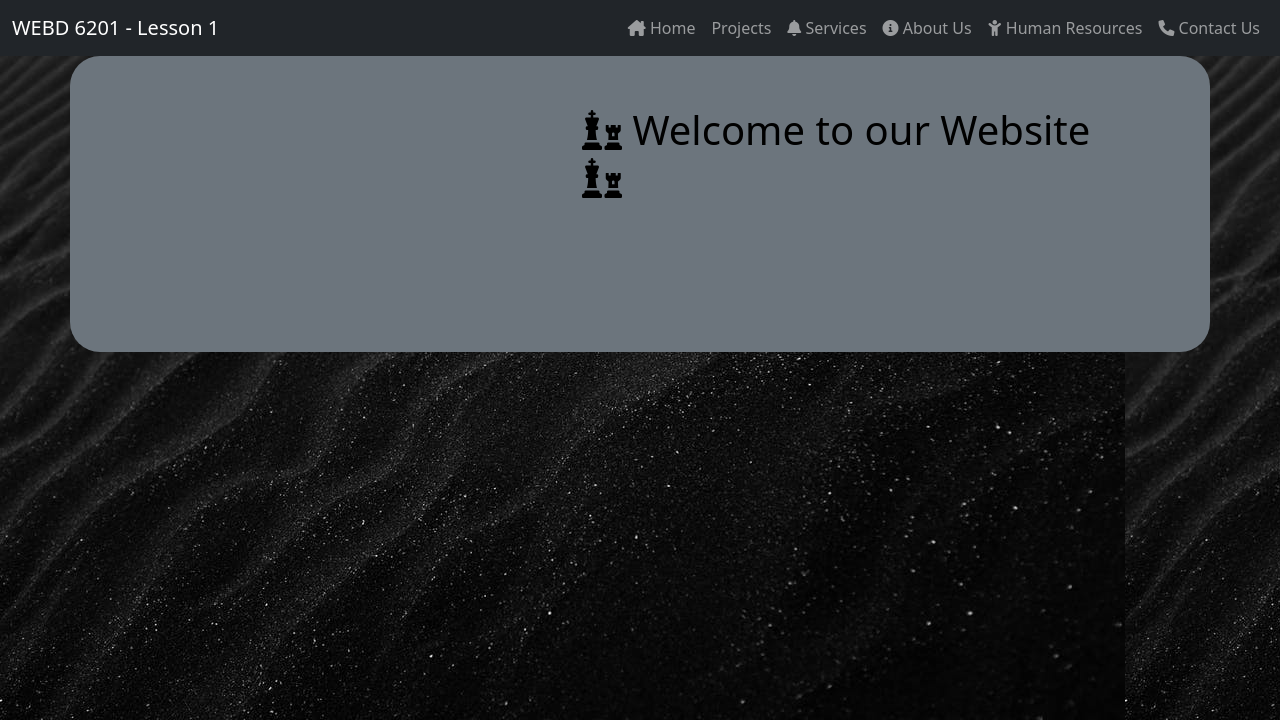
Repository: devanshudave1901/DevanshuDave_AngaranYogeswaranLab2
Page: index.html
These files come from the project's save history. The page is drawn as it stood at one moment and after the next save; the edit follows.
The browser window is 1280 px wide. The pictures show the whole page.

Above is the page before, as saved 2022-02-11 21:47:39.

### index.html
<!DOCTYPE html>
<html lang="en">
  <head>
    <meta charset="UTF-8" />
    <meta http-equiv="X-UA-Compatible" content="IE=edge" />
    <meta name="viewport" content="width=device-width, initial-scale=1.0" />
    <title>Home</title>
    <link
      rel="stylesheet"
      href="./node_modules/bootstrap/dist/css/bootstrap.min.css"
    />
    <link
      rel="stylesheet"
      href="./node_modules/@fortawesome/fontawesome-free/css/all.min.css"
    />
    <link rel="stylesheet" href="./Content/app.css" />
    <script src="./Scripts/app.js"></script>
  </head>
  <body>
    <nav class="navbar navbar-expand-lg navbar-dark bg-dark">
      <div class="container-fluid">
        <a class="navbar-brand" href="#">WEBD 6201 - Lesson 1</a>
        <button
          class="navbar-toggler"
          type="button"
          data-bs-toggle="collapse"
          data-bs-target="#navbarSupportedContent"
          aria-controls="navbarSupportedContent"
          aria-expanded="false"
          aria-label="Toggle navigation"
        >
          <span class="navbar-toggler-icon"></span>
        </button>
        <div class="collapse navbar-collapse" id="navbarSupportedContent">
          <ul class="navbar-nav ms-auto">
            <li class="nav-item active">
              <a class="nav-link" aria-current="page" href="./index.html"
                ><i class="fa-solid fa-house-chimney"></i> Home</a
              >
            </li>

            <li class="nav-item">
              <a class="nav-link" id="productsLink" href="./products.html"
                ><i class="fa-solid fa-th"></i> Products</a
              >
            </li>
            <li class="nav-item">
              <a class="nav-link" href="./services.html"
                ><i class="fa-solid fa-bell"></i> Services</a
              >
            </li>
            <li class="nav-item">
              <a class="nav-link" href="./about.html">
                <i class="fa-solid fa-circle-info"></i> About Us</a
              >
            </li>
            <li class="nav-item" id="humanResources"></li>
            <li class="nav-item">
              <a class="nav-link" href="./contact.html">
                <i class="fa-solid fa-phone"></i> Contact Us</a
              >
            </li>
          </ul>
        </div>
      </div>
    </nav>

    <div class="jumbotron bg-secondary container" id="contentArea">
      <h1 id="heading3"></h1>
    </div>
    <!-- 3RD Party Library-->
    <script src="./node_modules/jquery/dist/jquery.min.js"></script>
    <script src="./node_modules/bootstrap/dist/js/bootstrap.min.js"></script>
  </body>
</html>

### Content/app.css
#Contactform {
  padding: 10px 90px 50px 100px;
}
#Contactform label {
  color: cornsilk;
  padding-bottom: 10px;
  padding-top: 10px;
}

#Contactform button {
  margin-top: 20px;
  margin-left: 500px;
}
.formInputBox {
  padding-left: 60px;
  margin: 8px 0;
  border: dashed;
  box-sizing: border-box;
}

#contactId {
  padding-left: 520px;
  color: black;
}

* {
  box-sizing: border-box;
}

.column {
  float: left;
  width: 33.33%;
  padding: 20px;
}

/* Clearfix (clear floats) */
.row::after {
  content: "";
  clear: both;
  display: table;
}

#pArea {
  padding-top: 40px;
  padding-left: 250px;
  padding-bottom: 100px;
}
#pArea1 {
  padding-top: 40px;
  padding-left: 150px;
  padding-bottom: 100px;
  padding-right: 90px;
}
#contentArea {
  border-radius: 30px;
  color: white;
}

#aboutId {
  padding-left: 520px;
  color: black;
}
#serviceID {
  padding-left: 520px;
  color: black;
}
#projectsID {
  padding-left: 520px;
  color: black;
}
#heading1 {
  color: white;
  padding-left: 5px;
  padding-top: 50px;
  padding-bottom: 20px;
}
#heading2 {
  padding-top: 50px;
}
#resumeLink {
  padding-top: 20px;
}
img {
  background-repeat: no-repeat;
}
#heading3 {
  color: black;
  padding-top: 50px;
  padding-left: 500px;
  padding-right: 100px;
  padding-bottom: 150px;
}

### Scripts/app.js
window.addEventListener("load", start);

var PageTimer = 0;
// Calling this function ever seo
function formTimer() {
  window.setInterval("updateTime()", 1000);
}

function updateTime() {
  ++PageTimer;

  if (PageTimer == 3) {
    window.location.href = "./index.html";
  }
}

function contactPage() {
  // alert(document.title);
  //Variable that is used to get the Element of the contactId
  var contactId = document.getElementById("contactId");
  //Setting the innnerHTMl of the contactId to have say contact us and show favicon
  contactId.innerHTML = " <i class = 'fa-solid fa-comments'></i> Contact Us";

  var currentLink1 = document.getElementById("productsLink");
  // alert(currentLink1.textContent);
  currentLink1.textContent = "";
  // need to add the icon in js
  // currentLink1.textContent = "<i class='fa-solid fa-th'></i>";
  currentLink1.textContent = "Projects";

  var humanResourcesLink = document.getElementById("humanResources");
  humanResourcesLink.innerHTML =
    " <a class='nav-link' href='#'> <i class = 'fa-solid fa-child'></i> Human Resources</a>";
  var submitButtonClick = document.getElementById("submitButton");
  submitButtonClick.addEventListener("click", function (event) {
    event.preventDefault();
    var inputName = document.getElementById("InputName").value;
    var inputEmailAddress = document.getElementById("InputEmail1").value;
    var inputNumber = document.getElementById("InputNumber").value;
    var inputMessage = document.getElementById("InputMessage").value;

    console.log(
      "User Form Input" +
        "\n Name of the User: " +
        inputName +
        "\n Number of the User: " +
        inputNumber +
        "\n Email of the User: " +
        inputEmailAddress +
        "\n Message of the User: " +
        inputMessage
    );
    //Setting the value of Input Name,Email,Number,and Message to blank
    document.getElementById("InputName").value = "";
    document.getElementById("InputEmail1").value = "";
    document.getElementById("InputNumber").value = "";
    document.getElementById("InputMessage").value = "";

    formTimer();
  });
  //Set the background of the page to the dc logo
  document.body.style.backgroundImage = "url('images/bgImage1.jpeg')";
  document.body.style.backgroundRepeat = "repeat";
}
function productPage() {
  //get the element of the projectID
  var projectsHeading = document.getElementById("projectsID");
  //Set the InnnerHtml to show box favicon and Our Projects text
  projectsHeading.innerHTML = " <i class = 'fa-solid fa-box'></i> Our Projects";

  var currentLink1 = document.getElementById("productsLink");
  // alert(currentLink1.textContent);
  currentLink1.textContent = "";
  // need to add the icon in js
  // currentLink1.textContent = "<i class='fa-solid fa-th'></i>";
  currentLink1.textContent = "Projects";
  //storing element of humanResources id in the humanResourcesLink
  var humanResourcesLink = document.getElementById("humanResources");
  //Setting the innnerHTML of the humanResourcesLink to print favicon and Human Resources text
  humanResourcesLink.innerHTML =
    " <a class='nav-link' href='#'> <i class = 'fa-solid fa-child'></i> Human Resources</a>";
  //setting the background image to the dc logo Jpeg
  document.body.style.backgroundImage = "url('images/dc logo.jpg')";
  //Storing the Element of paragraph1 in the paragraph1 variable
  var paragraph1 = document.getElementById("paragraph1");
  //Storing the text in the innerHTML of the paragraph1
  paragraph1.innerHTML =
    "This was one of our first programming assignments in this Durham College Program" +
    " and this was one of the first assignments that we both really enjoyed building with" +
    " in the Python Programming Language.";
  //Storing the Element of paragraph2 in the paragraph2 variable
  var paragraph2 = document.getElementById("paragraph2");
  //Storing the text in the innerHTML of the paragraph2
  paragraph2.innerHTML =
    "This was one assignment that we had to do for our Systems" +
    " Automation class we enjoyed this assignemnt becuase it was great" +
    " to learn about this new technology that we could use for testing" +
    " websites and applications.";
  //Storing the Element of paragraph3 in the paragraph3 variable
  var paragraph3 = document.getElementById("paragraph3");
  //Storing the text in the innerHTML of the paragraph3
  paragraph3.innerHTML =
    "This was our Linux assignment where we had to use packet managers" +
    " to find applications and install them using Command Line prompts in" +
    " the Linux operating system. This was one of our favourites becuase" +
    " it was great to learn about the Linux operating system becuase it" +
    " was new to us.";
}

function servicePage() {
  //Storing the Element of paragraph1 in the paragraph1 variable
  var ServiceHeading = document.getElementById("serviceID");
  //Setting the innerHTML of ServiceHeading to truck favicon and to print Our Services
  ServiceHeading.innerHTML =
    " <i class = 'fa-solid fa-truck'></i> Our Services";
  //Storing the Element of productsLink to currentLink1 variable
  var currentLink1 = document.getElementById("productsLink");
  //Setting the textContent of the currentLink1 to nothing
  currentLink1.textContent = "";
  // need to add the icon in js
  // currentLink1.textContent = "<i class='fa-solid fa-th'></i>";
  currentLink1.textContent = "Projects";
  //Storing the element of the humanResources to the humanResourcesLink
  var humanResourcesLink = document.getElementById("humanResources");
  //Setting the innnerHTML of the humanResourcesLink to print favicon and Human Resources
  humanResourcesLink.innerHTML =
    " <a class='nav-link' href='#'> <i class = 'fa-solid fa-child'></i> Human Resources</a>";
  //Set background to dc logo image.
  document.body.style.backgroundImage = "url('images/dc logo.jpg')";
  //Storing the element of paragraph4 to the paragraph4 variable
  var paragraph4 = document.getElementById("paragraph4");
  //storing text in paragraph4 innerHTML
  paragraph4.innerHTML =
    "One of the services that we provide is custom programming for any project:" +
    "that you need for any size whether its for a big company or small company" +
    "with only few people.";
  //Storing the element of paragraph5 to the paragraph5 variable
  var paragraph5 = document.getElementById("paragraph5");
  //Storing text in paragraph5 innerHTML
  paragraph5.innerHTML =
    "Mobile Development is another one of our services that we provide" +
    "because many of our clients need mobile applications for their " +
    "business needs.";
  //Storing the element of paragraph6 to paragraph6 variable
  var paragraph6 = document.getElementById("paragraph6");
  //Storing text in paragraph6 innerHTML
  paragraph6.innerHTML =
    "Web-Development is another one of our major services that we provide" +
    "because alot of our clients enjoy how we build websites and appreciate" +
    "our website design.";
}
function aboutPage() {
  //Storing element of aboutId in getHeading
  var getHeading = document.getElementById("aboutId");
  //setting getHeading of innerHTML to print About us and Favicon
  getHeading.innerHTML = "  <i class = 'fa-solid fa-user'></i> About Us";
  //Store element of productsLink in currentLink1 variable
  var currentLink1 = document.getElementById("productsLink");
  // alert(currentLink1.textContent);
  //Set textContent of currentLink1 to blank
  currentLink1.textContent = "";
  // need to add the icon in js
  // currentLink1.textContent = "<i class='fa-solid fa-th'></i>";
  //set textContent of currentLink1 to projects
  currentLink1.textContent = "Projects";

  var humanResourcesLink = document.getElementById("humanResources");
  humanResourcesLink.innerHTML =
    " <a class='nav-link' href='#'> <i class = 'fa-solid fa-child'></i> Human Resources</a>";
  document.body.style.backgroundImage = "url('images/dc logo.jpg')";
  var heading1;

  var heading2;
  heading1 = document.getElementById("heading1");
  heading1.innerHTML =
    "This is a picture of Angaran. Angaran is a 2nd year student in the Computer Programmer Analyst Program" +
    "at Durham College. His Hobbies include playing sports and watching movies. Here is a link to his resume";

  heading2 = document.getElementById("heading2");
  heading2.innerHTML =
    "This is a picture of Devanshu. Devanshu is a second year student in the Durham College " +
    "Computer Programmer Analyst Program. His Hobbies inlcude playing games and programming.";
}

function homePage() {
  var currentLink1 = document.getElementById("productsLink");

  currentLink1.textContent = "";

  // need to add the icon in js
  // currentLink1.textContent = "<i class='fa-solid fa-th'></i>";
  currentLink1.textContent = "Projects";

  var humanResourcesLink = document.getElementById("humanResources");
  humanResourcesLink.innerHTML =
    " <a class='nav-link' href='#'> <i class = 'fa-solid fa-child'></i> Human Resources</a>";

  document.body.style.backgroundImage = "url('images/dc logo.jpg')";
  var heading3;

  heading3 = document.getElementById("heading3");
  heading3.innerHTML =
    "<i class = 'fa-solid fa-chess'></i> Welcome to our Website <i class = 'fa-solid fa-chess'></i>";
  document.body.style.backgroundImage = "url('images/bgImage1.jpeg')";
  document.body.style.backgroundRepeat = "repeat";
}
function start() {
  switch (document.title) {
    case "Home":
      homePage();
      break;
    case "Services":
      servicePage();

      break;
    case "Products":
      productPage();
      break;
    case "Contact Us":
      contactPage();
      break;
    case "About Us":
      aboutPage();
      break;
  }
}

Loaded but not shown: node_modules/bootstrap/dist/css/bootstrap.min.css (library); node_modules/@fortawesome/fontawesome-free/css/all.min.css (library); node_modules/jquery/dist/jquery.min.js (library); node_modules/bootstrap/dist/js/bootstrap.min.js (library)

After the next save:
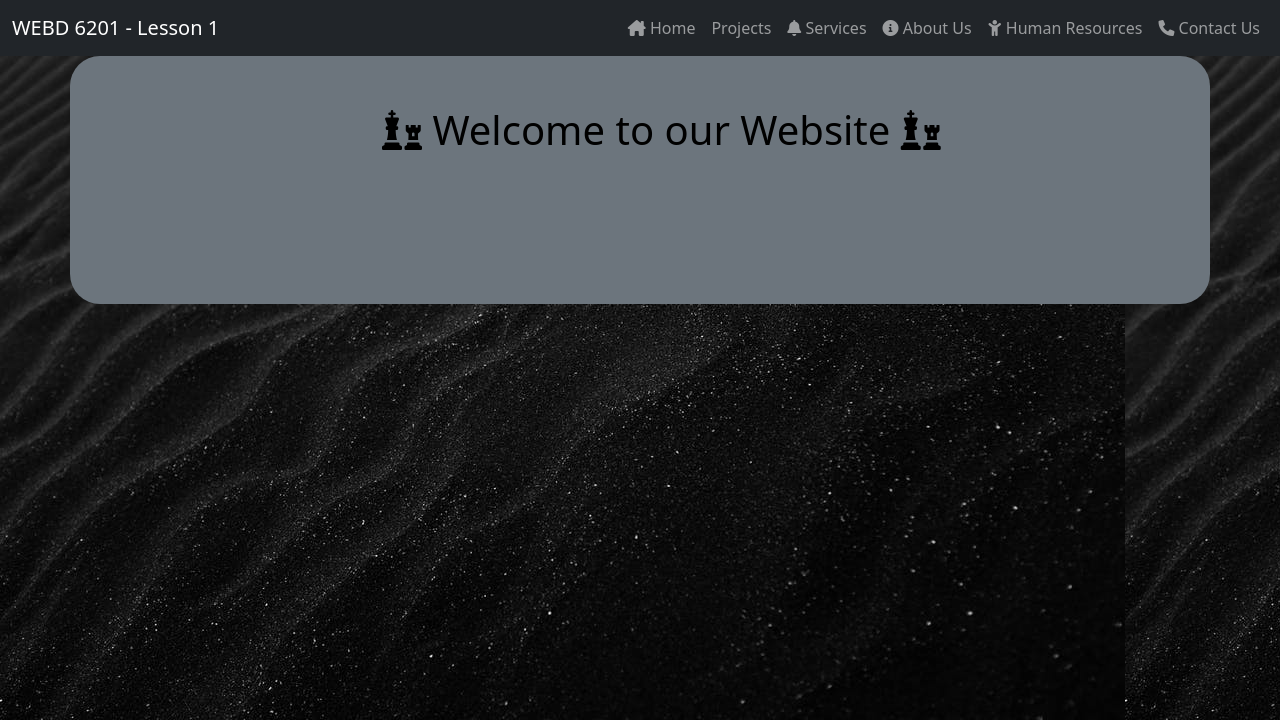
Saved 5 s later.
--- a/Content/app.css
+++ b/Content/app.css
@@ -86,7 +86,7 @@ img {
 #heading3 {
   color: black;
   padding-top: 50px;
-  padding-left: 500px;
+  padding-left: 300px;
   padding-right: 100px;
   padding-bottom: 150px;
 }
